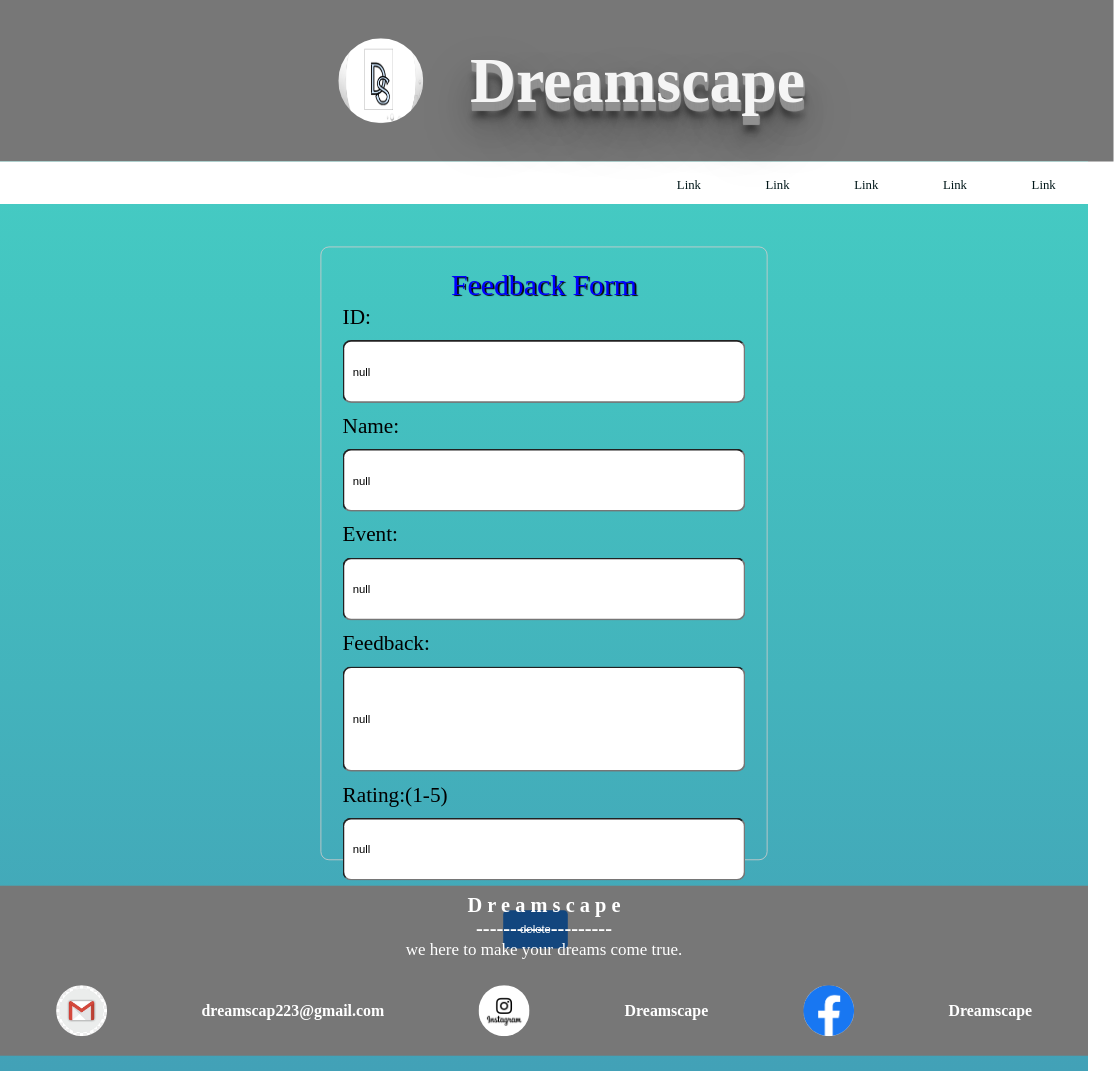
Repository: Dulankayapa/2ndyearoopprojrct
Page: http://localhost/feedback/fbdelete.jsp
These files come from the project's save history. The page is drawn as it stood at one moment and after the next save; the edit follows.
The browser window is 1280 px wide. The page is 1310 px wide, so the pictures cover 1310 px, including what lies to the right of the window. The pictures show the whole page, at 85% of full size.
The page is served by Tomcat 9.

Above is the page before, as saved 2023-10-23 04:28:56.

After the next save:
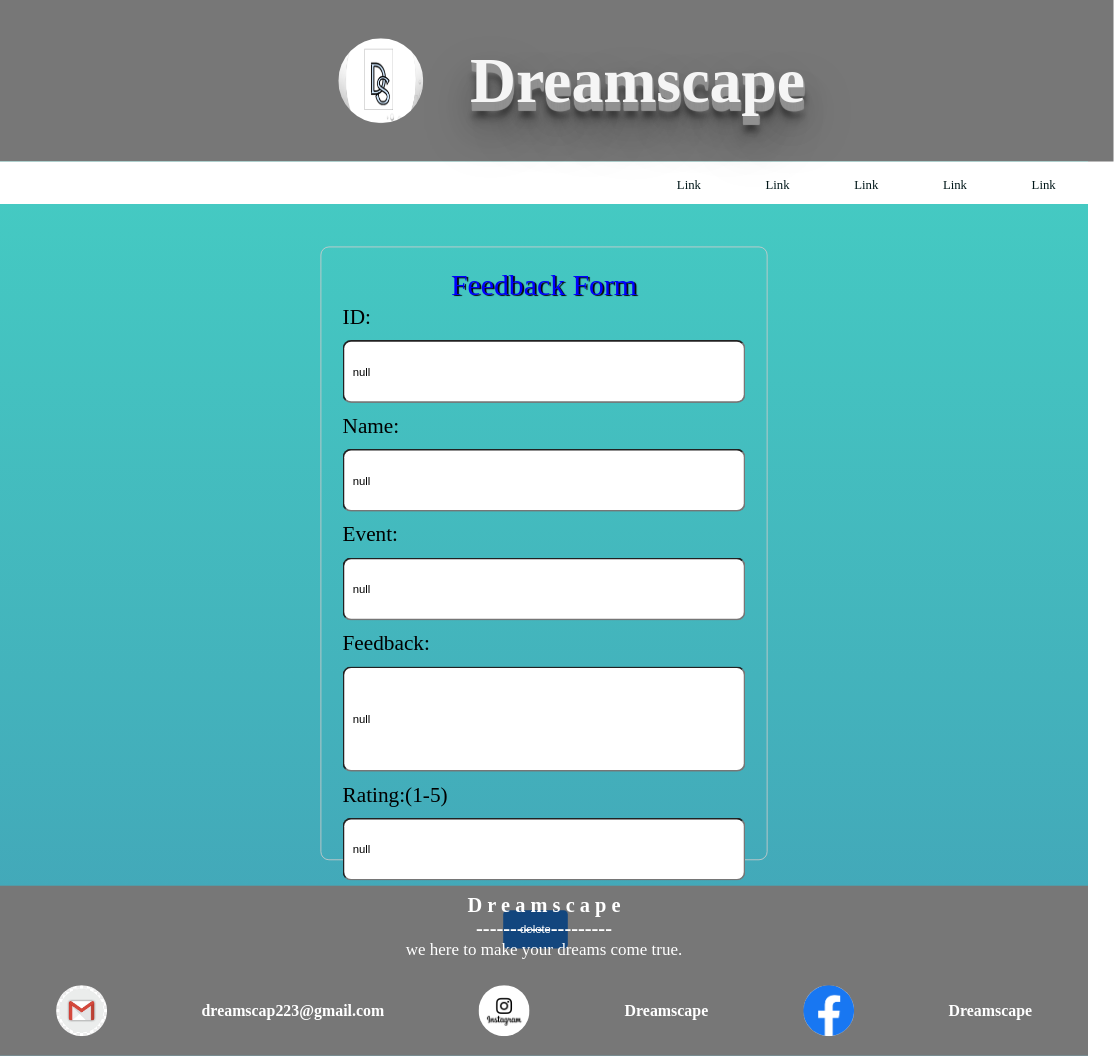
Saved 86 s later.
--- a/feedback/src/main/webapp/fbdelete.jsp
+++ b/feedback/src/main/webapp/fbdelete.jsp
@@ -235,8 +235,7 @@ footer p {
 	</div>
 
 
-	<div>
-		<footer>
+	<footer>
 			<h2>
 				D r e a m s c a p e <br />--------------------
 			</h2>
@@ -251,7 +250,5 @@ footer p {
 				<h3>Dreamscape</h3>
 			</div>
 		</footer>
-
-	</div>
 </body>
 </html>
